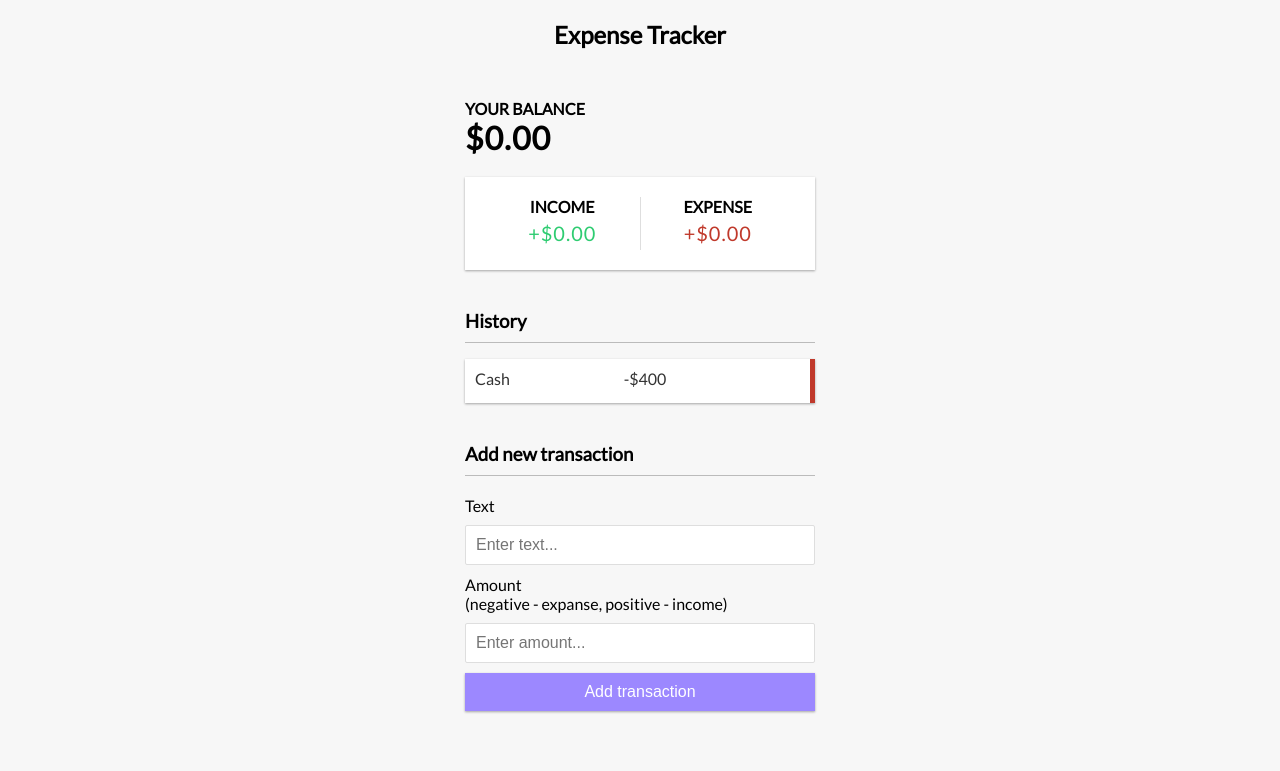
Repository: Youvelop/expenseTracker
Page: index.html
An editor plug-in stored every save of this project. The page is shown before and after the next save, followed by the edit.
The browser window is 1280 px wide. The pictures show the whole page.

Above is the page before, as saved 2020-06-30 13:09:03.

### index.html
<!DOCTYPE html>
<html lang="en">
  <head>
    <meta charset="UTF-8" />
    <meta name="viewport" content="width=device-width, initial-scale=1.0" />
    <link rel="stylesheet" href="style.css" />
    <title>Expense Tracker</title>
  </head>
  <body>
    <h2>Expense Tracker</h2>

    <div class="container">
      <h4>Your Balance</h4>
      <h1 id="balance">$0.00</h1>

      <div class="inc-exp-container">
        <div>
          <h4>Income</h4>
          <p id="money-plus" class="money plus">+$0.00</p>
        </div>
        <div>
          <h4>Expense</h4>
          <p id="money-minus" class="money minus">+$0.00</p>
        </div>
      </div>

      <h3>History</h3>
      <ul id="list" class="list">
        <li class="minus">
          Cash <span>-$400</span><button class="delete-btn">x</button>
        </li>
      </ul>

      <h3>Add new transaction</h3>
      <form id="form">
        <div class="form-control">
          <label for="text">Text</label>
          <input type="text" id="text" placeholder="Enter text..." />
        </div>
        <div class="form-control">
          <label for="amount"
            >Amount <br />
            (negative - expanse, positive - income)</label
          >
          <input type="number" id="amount" placeholder="Enter amount..." />
        </div>
        <button class="btn">Add transaction</button>
      </form>
    </div>
    <script src="script.js"></script>
  </body>
</html>

### style.css
@import url('https://fonts.googleapis.com/css?family=Lato&display=swap');

:root {
  --box-shadow: 0 1px 3px rgba(0, 0, 0, 0.12), 0 1px 2px rgba(0, 0, 0, 0.24);
}

* {
  box-sizing: border-box;
}
body {
  background-color: #f7f7f7;
  display: flex;
  flex-direction: column;
  align-items: center;
  justify-content: center;
  min-height: 100vh;
  margin: 0;
  font-family: 'Lato', sans-serif;
}

.container {
  margin: 30px auto;
  width: 350px;
}

h1 {
  letter-spacing: 1px;
  margin: 0;
}

h3 {
  border-bottom: 1px solid #bbb;
  padding-bottom: 10px;
  margin: 40px 0 10px;
}

h4 {
  margin: 0;
  text-transform: uppercase;
}

.inc-exp-container {
  background-color: #fff;
  box-shadow: var(--box-shadow);
  padding: 20px;
  display: flex;
  justify-content: space-between;
  margin: 20px 0;
}

.inc-exp-container > div {
  flex: 1;
  text-align: center;
}

.inc-exp-container > div:first-of-type {
  border-right: 1px solid #dedede;
}

.money {
  font-size: 20px;
  letter-spacing: 1px;
  margin: 5px 0;
}

.money.plus {
  color: #2ecc71;
}
.money.minus {
  color: #c0392b;
}

label {
  display: inline-block;
  margin: 10px 0;
}

input[type='text'],
input[type='number'] {
  border: 1px solid #dedede;
  border-radius: 2px;
  display: block;
  font-size: 16px;
  padding: 10px;
  width: 100%;
}

.btn {
  cursor: pointer;
  background-color: #9c88ff;
  box-shadow: var(--box-shadow);
  color: #fff;
  border: 0;
  display: block;
  font-size: 16px;
  margin: 10px 0 30px;
  padding: 10px;
  width: 100%;
}
.btn:focus,
.delete-btn:focus {
  outline: 0;
}

.list {
  list-style-type: none;
  padding: 0;
  margin-bottom: 40px;
}

.list li {
  background-color: white;
  box-shadow: var(--box-shadow);
  color: #333;
  display: flex;
  justify-content: space-between;
  position: relative;
  padding: 10px;
  margin: 10px 0;
}

.list li.minus {
  border-right: 5px solid #c0392b;
}
.list li.plus {
  border-right: 5px solid #2ecc71;
}

.delete-btn {
  cursor: pointer;
  background-color: #e74c3c;
  border: 0;
  color: white;
  font-size: 20px;
  line-height: 20px;
  padding: 2px 5px;
  position: asbolute;
  top: 50%;
  left: 0;
  transform: translate(-100%, -50%);
  opacity: 0;
  transition: opacity 0.3s ease;
}

.list li:hover .delete-btn {
  opacity: 1;
}

Loaded but not shown: script.js (no copy from this time; the picture is the same without it)

After the next save:
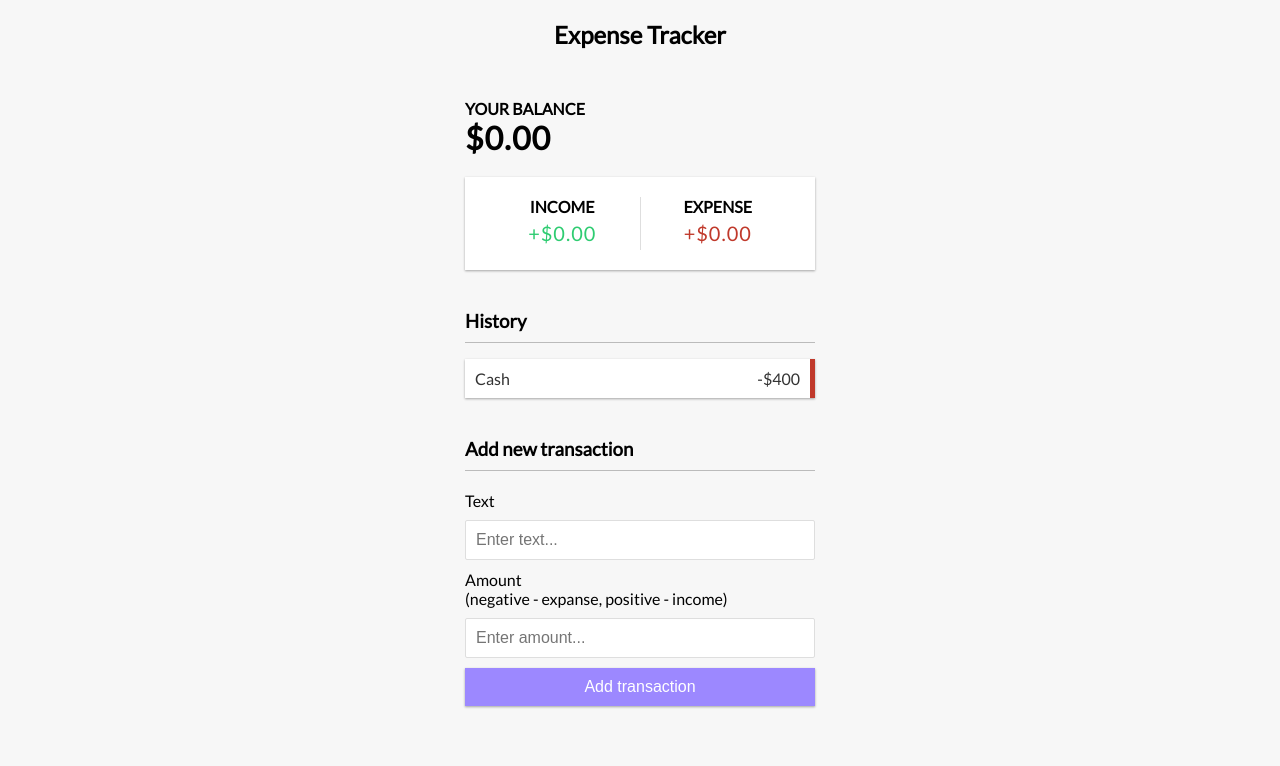
Saved 17 s later.
--- a/style.css
+++ b/style.css
@@ -7,6 +7,7 @@
 * {
   box-sizing: border-box;
 }
+
 body {
   background-color: #f7f7f7;
   display: flex;
@@ -66,6 +67,7 @@
 .money.plus {
   color: #2ecc71;
 }
+
 .money.minus {
   color: #c0392b;
 }
@@ -97,6 +99,7 @@
   padding: 10px;
   width: 100%;
 }
+
 .btn:focus,
 .delete-btn:focus {
   outline: 0;
@@ -109,7 +112,7 @@
 }
 
 .list li {
-  background-color: white;
+  background-color: #fff;
   box-shadow: var(--box-shadow);
   color: #333;
   display: flex;
@@ -119,22 +122,23 @@
   margin: 10px 0;
 }
 
+.list li.plus {
+  border-right: 5px solid #2ecc71;
+}
+
 .list li.minus {
   border-right: 5px solid #c0392b;
-}
-.list li.plus {
-  border-right: 5px solid #2ecc71;
 }
 
 .delete-btn {
   cursor: pointer;
   background-color: #e74c3c;
   border: 0;
-  color: white;
+  color: #fff;
   font-size: 20px;
   line-height: 20px;
   padding: 2px 5px;
-  position: asbolute;
+  position: absolute;
   top: 50%;
   left: 0;
   transform: translate(-100%, -50%);

After the save that followed:
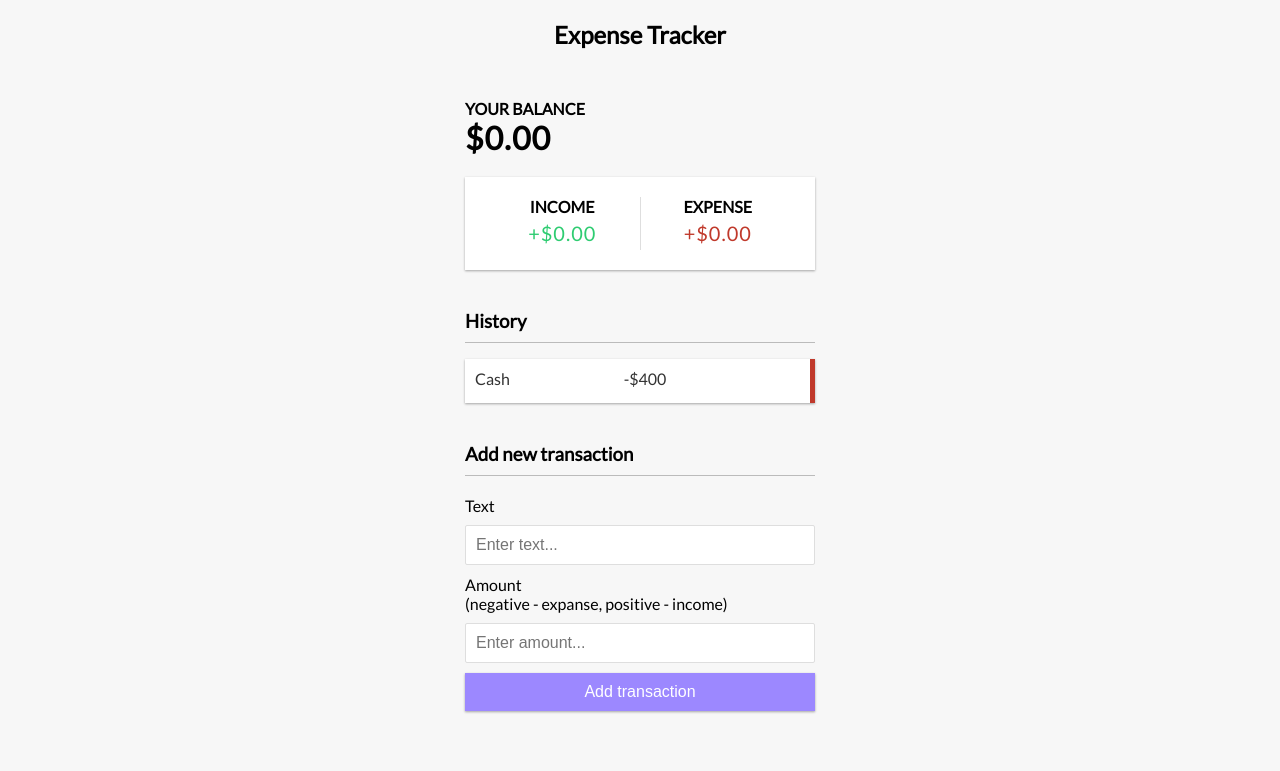
Saved 10 s later.
--- a/style.css
+++ b/style.css
@@ -7,7 +7,6 @@
 * {
   box-sizing: border-box;
 }
-
 body {
   background-color: #f7f7f7;
   display: flex;
@@ -67,7 +66,6 @@
 .money.plus {
   color: #2ecc71;
 }
-
 .money.minus {
   color: #c0392b;
 }
@@ -99,7 +97,6 @@
   padding: 10px;
   width: 100%;
 }
-
 .btn:focus,
 .delete-btn:focus {
   outline: 0;
@@ -112,7 +109,7 @@
 }
 
 .list li {
-  background-color: #fff;
+  background-color: white;
   box-shadow: var(--box-shadow);
   color: #333;
   display: flex;
@@ -122,23 +119,22 @@
   margin: 10px 0;
 }
 
+.list li.minus {
+  border-right: 5px solid #c0392b;
+}
 .list li.plus {
   border-right: 5px solid #2ecc71;
-}
-
-.list li.minus {
-  border-right: 5px solid #c0392b;
 }
 
 .delete-btn {
   cursor: pointer;
   background-color: #e74c3c;
   border: 0;
-  color: #fff;
+  color: white;
   font-size: 20px;
   line-height: 20px;
   padding: 2px 5px;
-  position: absolute;
+  position: asbolute;
   top: 50%;
   left: 0;
   transform: translate(-100%, -50%);
